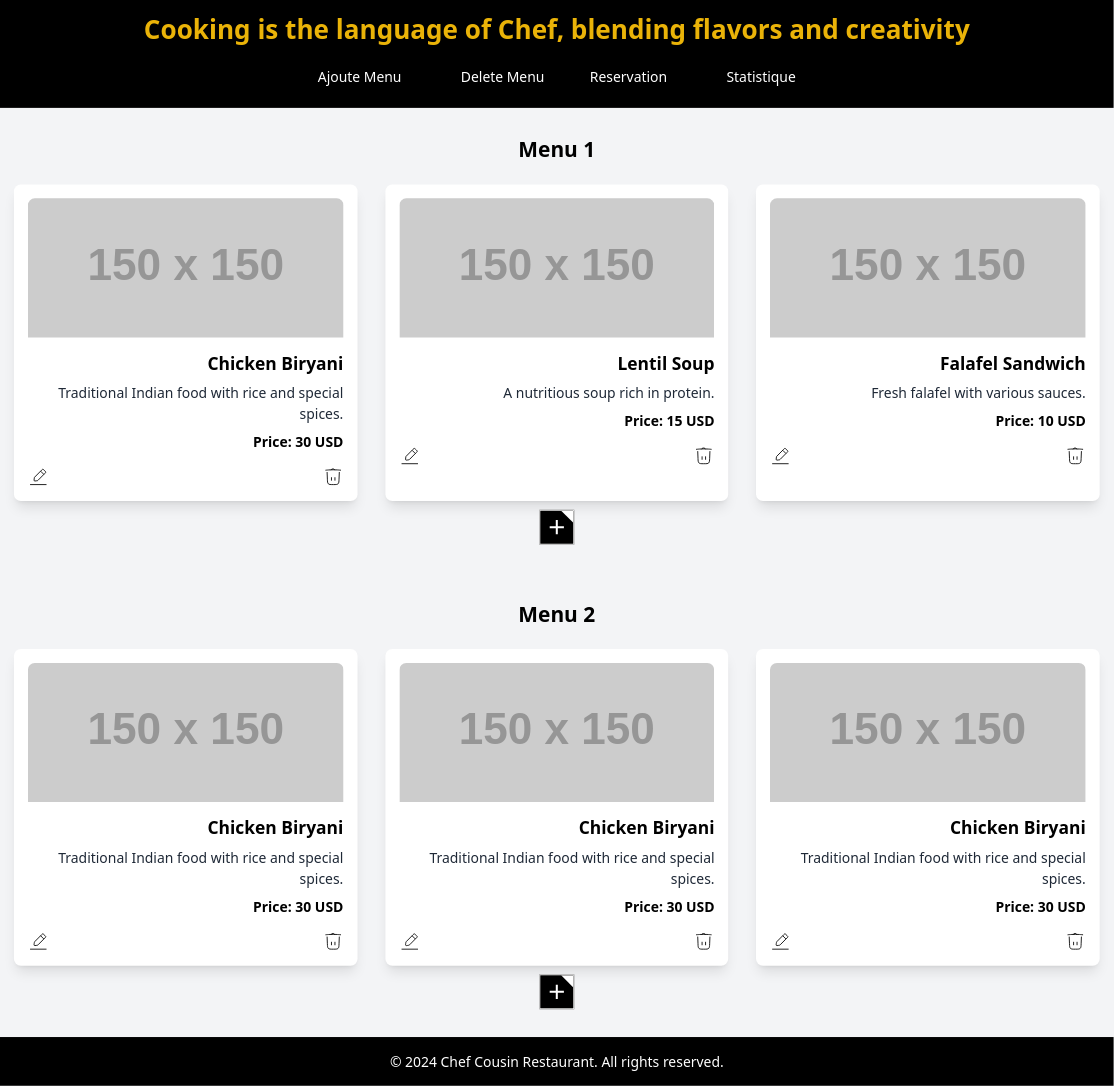
Repository: HamzaChehlaoui/Site-Web-pour-un-Chef-Cuisinier
Page: http://localhost/menu.php
The author's editor kept a copy of each file at every save. The page is drawn from the files as they stood at one save, then again after the next save.
The browser window is 1280 px wide. The pictures show the whole page, at 87% of full size.
Some web libraries are served in a nearby version. The page is run by PHP 8.4 with error messages shown; the project is at /var/www/html/.

Above is the page before, as saved 2024-12-18 15:19:17.

After the next save:
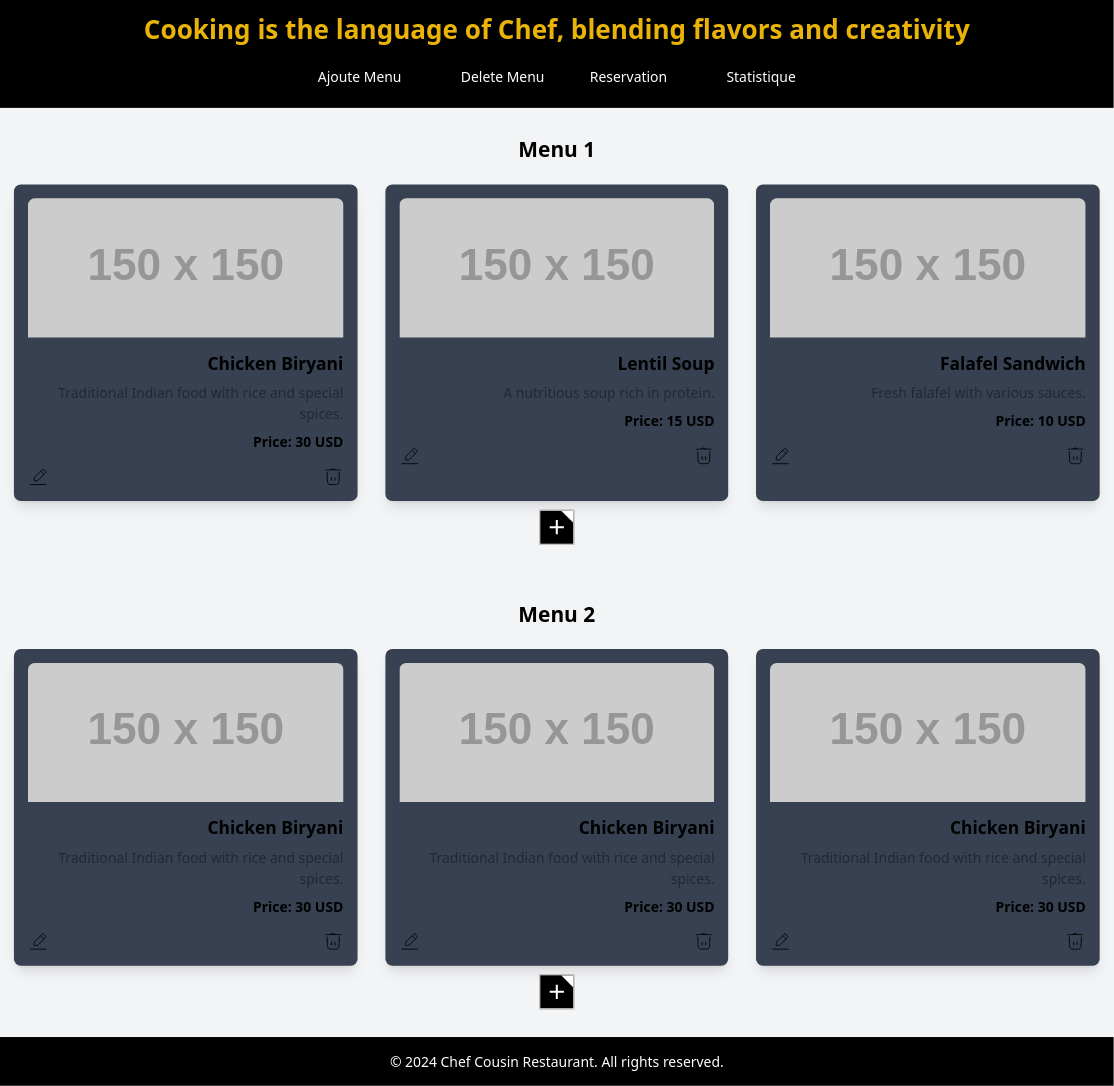
Saved 44 s later.
--- a/menu.php
+++ b/menu.php
@@ -28,7 +28,7 @@
             <h2 class="text-2xl font-semibold mb-6 text-center text-black">Menu 1</h2>
             <div class="grid grid-cols-1 sm:grid-cols-2 lg:grid-cols-3 gap-8">
                 <!-- Dish 1 -->
-                <div class="bg-white p-4 rounded-lg shadow-lg hover:shadow-xl hover:bg-[#E0E0E0] transition duration-300">
+                <div class="bg-gray-700 p-4 rounded-lg shadow-lg hover:shadow-xl hover:bg-[#E0E0E0] transition duration-300">
                     <img src="https://via.placeholder.com/150" alt="Dish 1" class="w-full h-40 object-cover rounded-t-lg">
                     <h3 class="text-xl font-semibold mt-4 text-black">Chicken Biryani</h3>
                     <p class="text-gray-800 mt-2">Traditional Indian food with rice and special spices.</p>
@@ -51,7 +51,7 @@
                     </div>
                 </div>
                 <!-- Dish 2 -->
-                <div class="bg-white p-4 rounded-lg shadow-lg hover:shadow-xl hover:bg-[#E0E0E0] transition duration-300">
+                <div class="bg-gray-700 p-4 rounded-lg shadow-lg hover:shadow-xl hover:bg-[#E0E0E0] transition duration-300">
                     <img src="https://via.placeholder.com/150" alt="Dish 2" class="w-full h-40 object-cover rounded-t-lg">
                     <h3 class="text-xl font-semibold mt-4 text-black">Lentil Soup</h3>
                     <p class="text-gray-800 mt-2">A nutritious soup rich in protein.</p>
@@ -74,7 +74,7 @@
                     </div>
                 </div>
                 <!-- Dish 3 -->
-                <div class="bg-white p-4 rounded-lg shadow-lg hover:shadow-xl hover:bg-[#E0E0E0] transition duration-300">
+                <div class="bg-gray-700 p-4 rounded-lg shadow-lg hover:shadow-xl hover:bg-[#E0E0E0] transition duration-300">
                     <img src="https://via.placeholder.com/150" alt="Dish 3" class="w-full h-40 object-cover rounded-t-lg">
                     <h3 class="text-xl font-semibold mt-4 text-black">Falafel Sandwich</h3>
                     <p class="text-gray-800 mt-2">Fresh falafel with various sauces.</p>
@@ -117,7 +117,7 @@
             <h2 class="text-2xl font-semibold mb-6 text-center text-black">Menu 2</h2>
             <div class="grid grid-cols-1 sm:grid-cols-2 lg:grid-cols-3 gap-8">
                 <!-- Repeat the dishes here with Edit and Delete buttons -->
-                <div class="bg-white p-4 rounded-lg shadow-lg hover:shadow-xl hover:bg-[#E0E0E0] transition duration-300">
+                <div class="bg-gray-700 p-4 rounded-lg shadow-lg hover:shadow-xl hover:bg-[#E0E0E0] transition duration-300">
                     <img src="https://via.placeholder.com/150" alt="Dish 1" class="w-full h-40 object-cover rounded-t-lg">
                     <h3 class="text-xl font-semibold mt-4 text-black">Chicken Biryani</h3>
                     <p class="text-gray-800 mt-2">Traditional Indian food with rice and special spices.</p>
@@ -141,7 +141,7 @@
                     </div>
                 </div>
                 <!-- Dish 1 -->
-                <div class="bg-white p-4 rounded-lg shadow-lg hover:shadow-xl hover:bg-[#E0E0E0] transition duration-300">
+                <div class="bg-gray-700 p-4 rounded-lg shadow-lg hover:shadow-xl hover:bg-[#E0E0E0] transition duration-300">
                     <img src="https://via.placeholder.com/150" alt="Dish 1" class="w-full h-40 object-cover rounded-t-lg">
                     <h3 class="text-xl font-semibold mt-4 text-black">Chicken Biryani</h3>
                     <p class="text-gray-800 mt-2">Traditional Indian food with rice and special spices.</p>
@@ -163,7 +163,7 @@
                     </svg>  </div>
                 </div>
             <!-- Dish 1 -->
-            <div class="bg-white p-4 rounded-lg shadow-lg hover:shadow-xl hover:bg-[#E0E0E0] transition duration-300">
+            <div class="bg-gray-700 p-4 rounded-lg shadow-lg hover:shadow-xl hover:bg-[#E0E0E0] transition duration-300">
                     <img src="https://via.placeholder.com/150" alt="Dish 1" class="w-full h-40 object-cover rounded-t-lg">
                     <h3 class="text-xl font-semibold mt-4 text-black">Chicken Biryani</h3>
                     <p class="text-gray-800 mt-2">Traditional Indian food with rice and special spices.</p>
